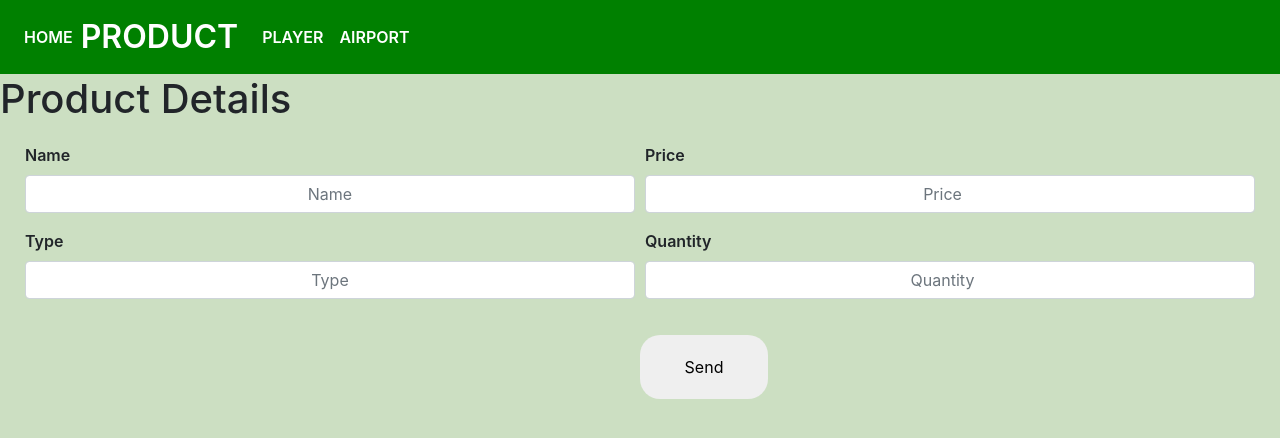
Repository: 05Mohammedismail/xworkz--Advance-Java
Page: http://localhost/Sep13_JSP/product.jsp
These files come from the project's save history. The page is drawn as it stood at one moment and after the next save; the edit follows.
The browser window is 1280 px wide. The pictures show the whole page.
The page is served by Tomcat 9. Other server files are loaded and not shown.

Above is the page before, as saved 2023-09-13 15:49:37.

### Sep13_JSP/src/main/webapp/product.jsp
<%@ page language="java" contentType="text/html; charset=ISO-8859-1"
    pageEncoding="ISO-8859-1"%>
<!doctype html>
<html lang="en">
  <head>
    <meta charset="utf-8">
    <meta name="viewport" content="width=device-width, initial-scale=1">
    <title>MY-JSP</title>
<link rel="stylesheet" href="https://cdn.jsdelivr.net/npm/bootstrap@4.1.3/dist/css/bootstrap.min.css" integrity="sha384-MCw98/SFnGE8fJT3GXwEOngsV7Zt27NXFoaoApmYm81iuXoPkFOJwJ8ERdknLPMO" crossorigin="anonymous">

<style type="text/css">

body{
background-color: rgb(204, 223, 194);
}
.navbar-brand{
font-size: 2em;
}
.navbar{
background: green;
margin-bottom: 1px;
font-weight:600;
color: white;
}
.nav-link:hover{
text-decoration: underline;
}

.form-row{
margin: 20px;
position: relative;
}

.send{
position: absolute;
right: 40%;
border-radius: 20px;
height: 4em;
width: 8em;
outline: none;
border: none;
}

.form-control{
text-align: center;
}

.form-group label{
font-weight: 600;
}

</style>
</head>

  <body>
   <nav class="navbar navbar-expand-lg navbar-light">

  <div class="collapse navbar-collapse" id="navbarNav">
    <ul class="navbar-nav">
      <li class="nav-item">
        <a class="nav-link text-white" href="index.jsp">HOME</a>
      </li>
      </ul>


      <a class="navbar-brand">PRODUCT</a>
  <button class="navbar-toggler" type="button" data-toggle="collapse" data-target="#navbarNav" aria-controls="navbarNav" aria-expanded="false" aria-label="Toggle navigation">
    <span class="navbar-toggler-icon"></span>
  </button>

      <ul class="navbar-nav">
      <li class="nav-item">
        <a class="nav-link text-white" href="player.jsp">PLAYER</a>
      </li>
      <li class="nav-item">
        <a class="nav-link text-white" href="airport.jsp">AIRPORT</a>
      </li>
    </ul>
  </div>
</nav>

<h1>Product Details</h1>
<form>
  <div class="form-row">
    <div class="form-group col-md-6">
      <label class="label">Name</label>
      <input type="text" class="form-control" placeholder="Name">
    </div>

    <div class="form-group col-md-6">
      <label>Price</label>
      <input type="number" class="form-control" placeholder="Price">
    </div>

    <div class="form-group col-md-6">
      <label >Type</label>
      <input type="text" class="form-control" placeholder="Type">
    </div>

    <div class="form-group col-md-6">
      <label>Quantity</label>
      <input type="number" class="form-control" placeholder="Quantity">
    </div>
 </div>
 <input class="send" type="submit" value="Send">
</form>
    <script src="https://cdn.jsdelivr.net/npm/bootstrap@5.3.1/dist/js/bootstrap.bundle.min.js" integrity="sha384-HwwvtgBNo3bZJJLYd8oVXjrBZt8cqVSpeBNS5n7C8IVInixGAoxmnlMuBnhbgrkm" crossorigin="anonymous"></script>
  </body>
</html>

After the next save:
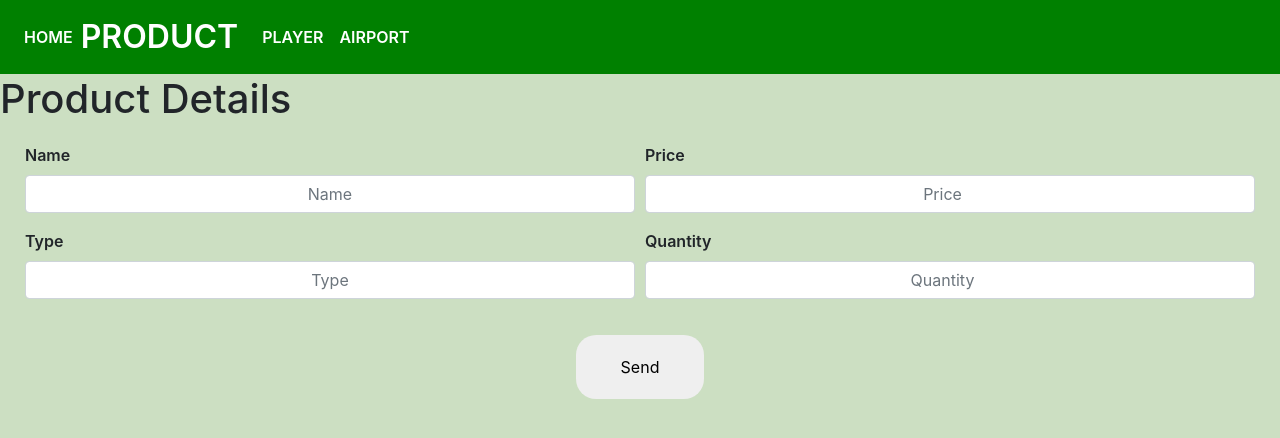
Saved 8 s later.
--- a/Sep13_JSP/src/main/webapp/product.jsp
+++ b/Sep13_JSP/src/main/webapp/product.jsp
@@ -33,7 +33,7 @@ position: relative;
 
 .send{
 position: absolute;
-right: 40%;
+right: 45%;
 border-radius: 20px;
 height: 4em;
 width: 8em;
